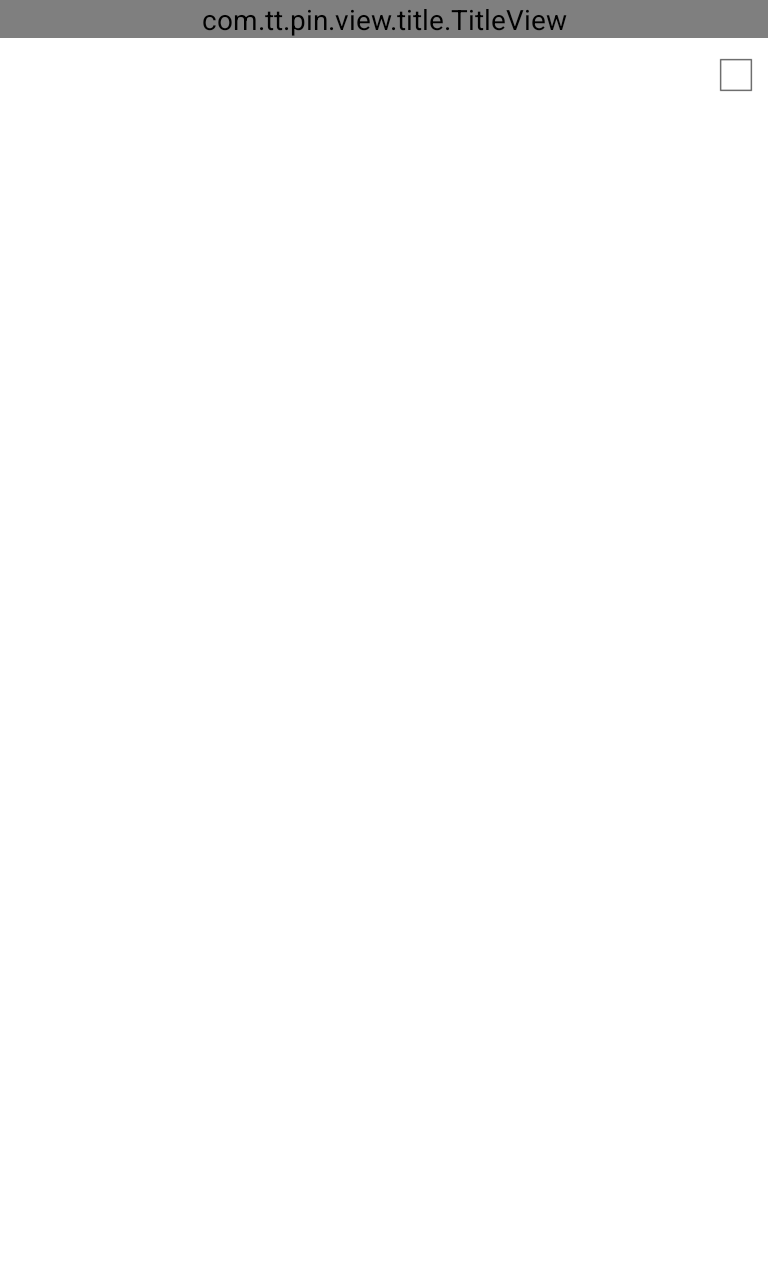
Repository: hero007asd/pin
Layout: Pin/res/layout/view_expandlist_group.xml
These files come from the project's save history. The layout is drawn as it stood at one moment and after the next save; the edit follows.
Pictures or frames that could not be fetched are drawn as grey boxes. It is drawn on a 768 x 1280 px phone screen (xhdpi) without system bars, with theme AppTheme; the app's code is not run.

Above is the layout before, as saved 2014-07-04 10:29:23.

After the next save:
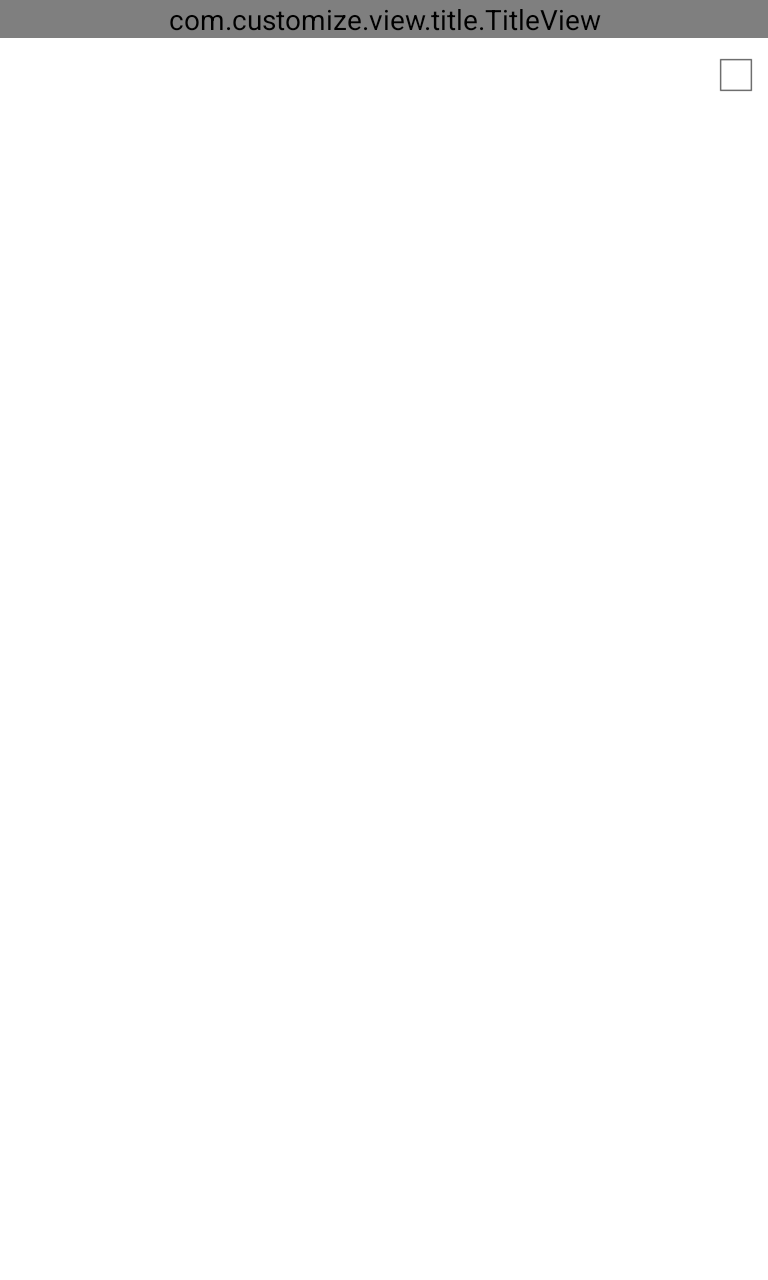
Saved 59 s later.
--- a/Pin/res/layout/view_expandlist_group.xml
+++ b/Pin/res/layout/view_expandlist_group.xml
@@ -6,7 +6,7 @@
     android:stretchColumns="1"
     android:paddingTop="0dip"
     android:layout_gravity="top" >
-    <com.tt.pin.view.title.TitleView android:id="@+id/title_view"
+    <com.customize.view.title.TitleView android:id="@+id/title_view"
         android:layout_width="match_parent"
         android:layout_height="wrap_content"/>
     <TableRow >
